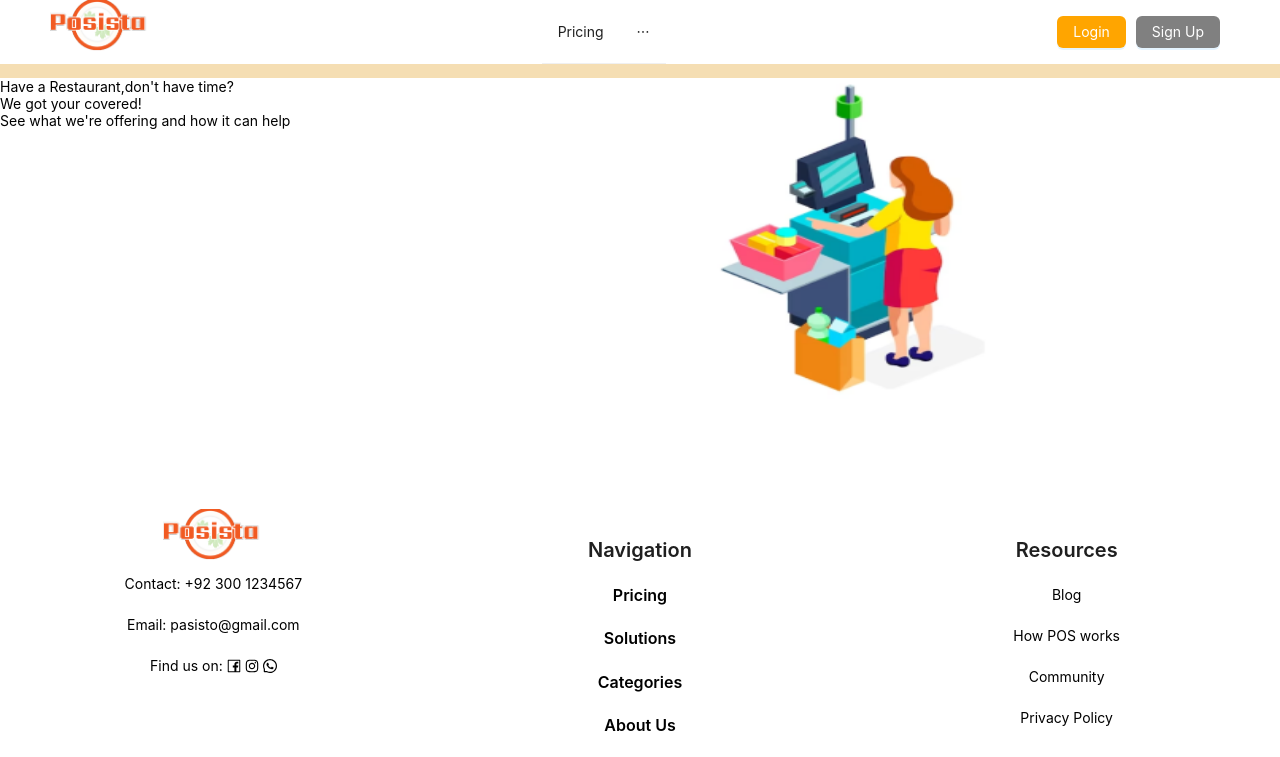
Repository: usmanarshad90/Posista
Page: / (app in test/)
These files come from the project's save history. The page is drawn as it stood at one moment and after the next save; the edit follows.
The browser window is 1280 px wide. The pictures show the whole page.
The project was rebuilt for these pictures with package versions that can differ from the ones it lists, and the page was loaded fresh each time. Also part of the build but not shown: test/src/components/Pricing/Pricing.jsx, test/src/components/Solution/Solutions.jsx, test/src/components/About/AboutUs.jsx, test/src/components/login/login.jsx, test/src/components/signup/signup.jsx.

Above is the page before, as saved 2023-11-28 15:00:45.

After the next save:
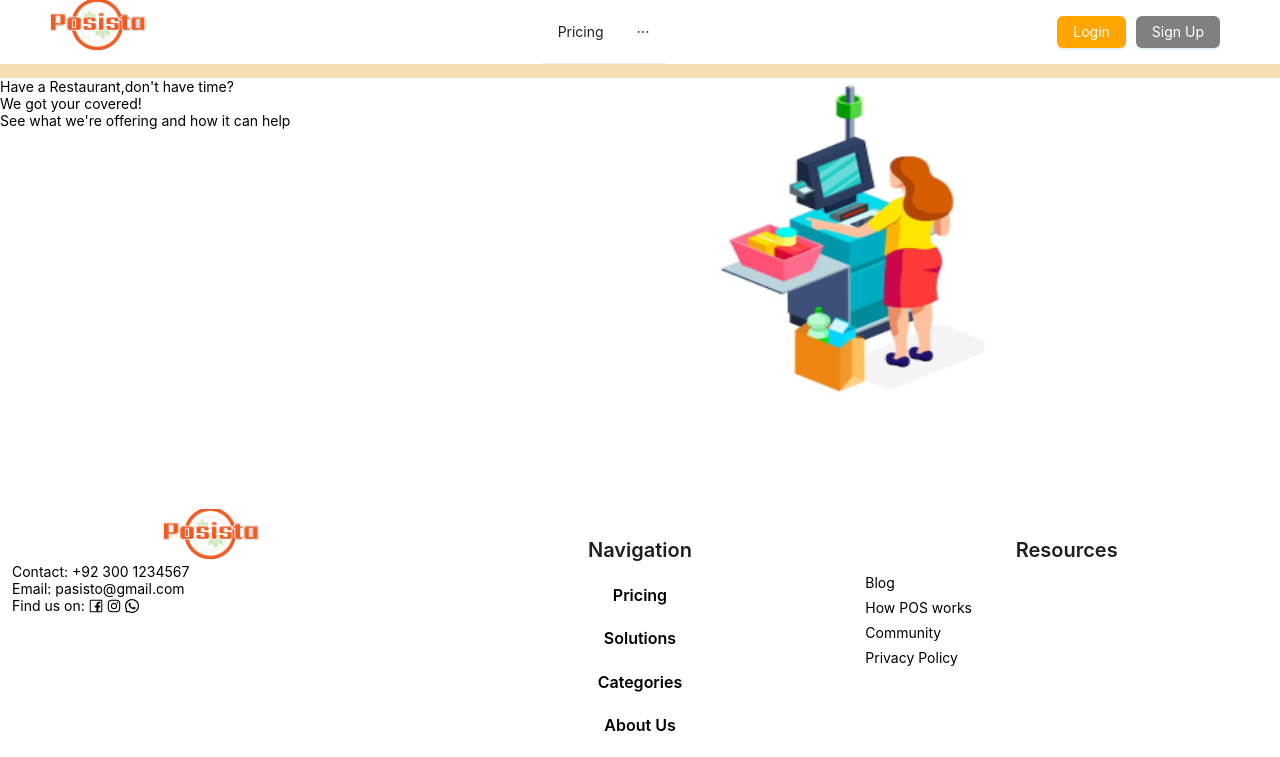
Saved 81 s later.
--- a/test/src/components/Footer/Footer.jsx
+++ b/test/src/components/Footer/Footer.jsx
@@ -5,31 +5,35 @@ import logoimage from '../../images/posistologo.png';
 import { FacebookOutlined, InstagramOutlined, WhatsAppOutlined } from '@ant-design/icons';
 
 const Footer = () => {
-  const style = {
+  const columnStyle = {
     padding: '12px',
     textAlign: 'center', // Center text within each column
-    color:'black',
+    color: 'black',
+  };
+
+  const textStyle = {
+    textAlign: 'left', // Align text to the left inside each column
   };
 
   return (
     <Row>
-      <Col lg={{ span: 8, order: 1 }} md={6} xs={4} xl={8} xxl={8} style={style}>
-        <div className="logo" >
+      <Col lg={{ span: 8, order: 1 }} md={6} xs={4} xl={8} xxl={8} style={columnStyle}>
+        <div className="logo">
           <Link to={'/'}>
             <img src={logoimage} alt="" width="100px" />
           </Link>
         </div>
-        <div style={style}>Contact: +92 300 1234567</div>
-        <div style={style}>Email: pasisto@gmail.com</div>
-        <div style={style}>
+        <div style={textStyle}>Contact: +92 300 1234567</div>
+        <div style={textStyle}>Email: pasisto@gmail.com</div>
+        <div style={textStyle}>
           Find us on: <FacebookOutlined /> <InstagramOutlined /> <WhatsAppOutlined />
         </div>
       </Col>
 
-      <Col lg={{ span: 8, order: 1 }} md={6} xs={4} xl={8} xxl={8} style={style}>
-        <Typography.Title level={4} >Navigation </Typography.Title>
+      <Col lg={{ span: 8, order: 1 }} md={6} xs={4} xl={8} xxl={8} style={columnStyle}>
+        <Typography.Title level={4}>Navigation </Typography.Title>
         <Typography.Title level={5}>
-          <Link to={'/pricing'} style={{ color: 'black',textAlign:'left' }} >
+          <Link to={'/pricing'} style={{ color: 'black' }}>
             Pricing
           </Link>{' '}
         </Typography.Title>
@@ -50,12 +54,12 @@ const Footer = () => {
         </Typography.Title>
       </Col>
 
-      <Col lg={{ span: 8, order: 1 }} md={6} xs={4} xl={8} xxl={8} style={style}>
+      <Col lg={{ span: 8, order: 1 }} md={6} xs={4} xl={8} xxl={8} style={columnStyle}>
         <Typography.Title level={4}>Resources</Typography.Title>
-        <div style={style}>Blog</div>
-        <div style={style}>How POS works</div>
-        <div style={style}>Community</div>
-        <div style={style}>Privacy Policy</div>
+        <div style={{ ...textStyle, marginBottom: '8px' }}>Blog</div>
+        <div style={{ ...textStyle, marginBottom: '8px' }}>How POS works</div>
+        <div style={{ ...textStyle, marginBottom: '8px' }}>Community</div>
+        <div style={textStyle}>Privacy Policy</div>
       </Col>
     </Row>
   );
